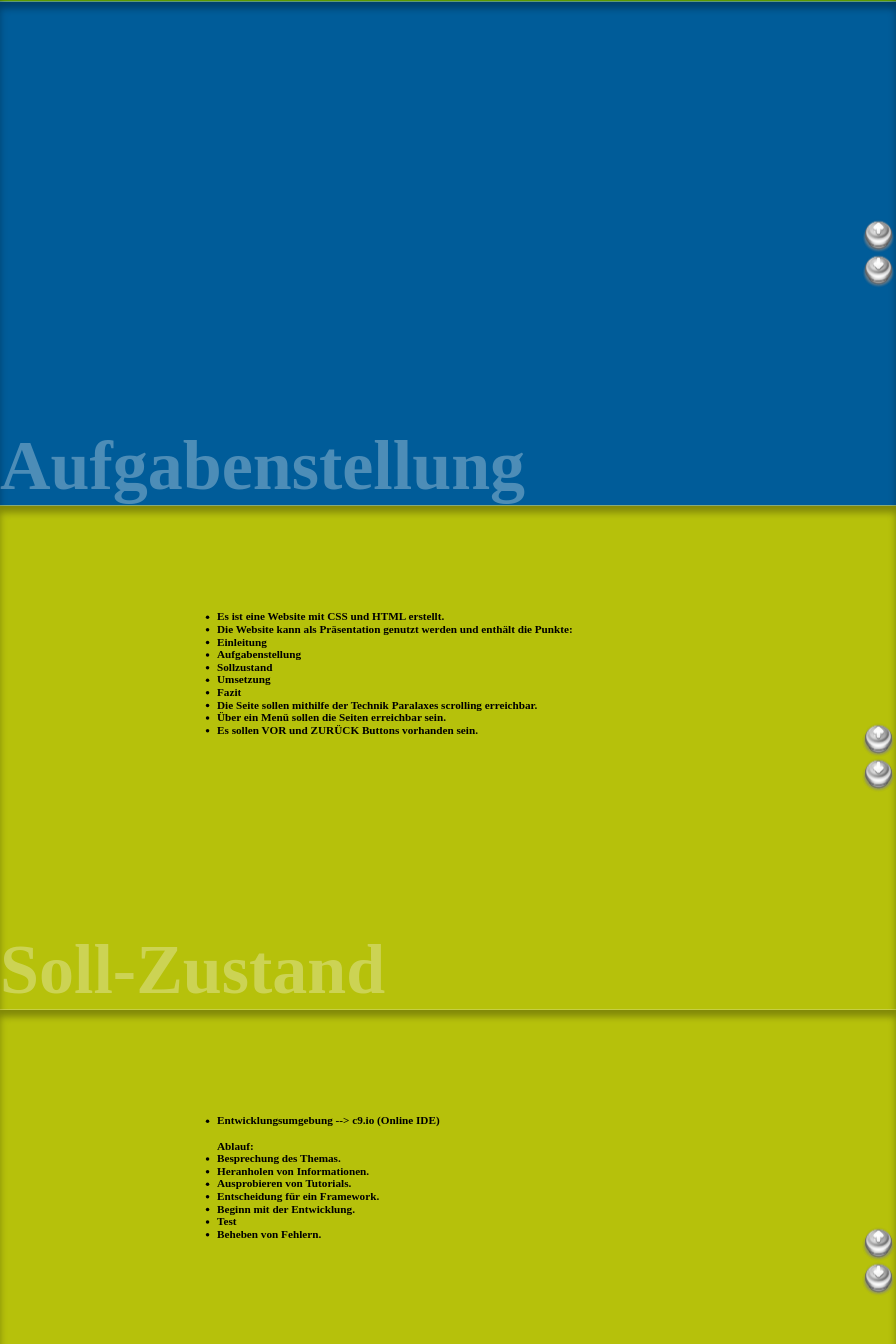
Repository: ennswi/websiteproject
Page: index.html
The author's editor kept a record of every edit. The page is drawn from the files as they stood at one moment, then again after the next edit.
The browser window is 1280 px wide. The pictures show the part of the page from y = 736 to 2656 px (the page is 5058 px tall), at 70% of full size.

Above is the page before.

### index.html
<!DOCTYPE HTML>
<html>
<head>
<meta charset="utf-8">
<title>Create a Parralax Website using Stellar.js</title>

<link rel="stylesheet" type="text/css" href="css/reset-min.css">
<link rel="stylesheet" type="text/css" href="css/style.css">

</head>

<body>
	<!--http://webdesign.tutsplus.com/tutorials/create-a-parallax-scrolling-website-using-stellarjs--webdesign-7307-->
	<ul class="navigation">
		<li data-slide="1">Welcome</li>
		<li data-slide="2">Aufgabenstellung</li>
		<li data-slide="3">Soll-Zustand</li>
		<li data-slide="4">Umsetzung</li>
		<li data-slide="5">Ergebnis</li>
		<li data-slide="6">Fazit</li>
		<li data-slide="7">Quellen</li>
	</ul>


	<img class="logo" src="images/parallax_scrolling_lrg.jpg">

	<>

	<div class="slide" id="slide1" data-slide="1" data-stellar-background-ratio="0.5">
		<div class="wrapper">

			<div class="welcomeMainDiv">
				Präsentation Website Project<br/>
				by Willy Enns und Samuel Teichrib
			</div>

		</div>

		<div class="buttonList">
			<a class="buttondown button" data-slide="2" title="Go to page 2"></a>
			<a class="buttontop button" data-slide="7" title="Go to Last Page"></a>
		</div>
		<span class="slideno">Welcome</span>
	</div><!--End Slide 1-->

	<div class="slide" id="slide2" data-slide="2" data-stellar-background-ratio="0.5">
		<div class="wrapper">
			<img src="images/slide2/blur-ball.png" data-stellar-ratio="3" data-stellar-vertical-offset="-55"alt="">
			<img src="images/slide2/blur-ball-big.png" data-stellar-ratio="1" data-stellar-vertical-offset="-102"alt="">
			<img src="images/slide2/focus-ball.png" data-stellar-ratio="1.5" data-stellar-vertical-offset="-53"alt="">
			<img src="images/slide2/small-ball.png" data-stellar-ratio="2.7" data-stellar-vertical-offset="-25"alt="">
			<img src="images/slide2/blur-ball.png" data-stellar-ratio="3" data-stellar-vertical-offset="-55"alt="">
			<img src="images/slide2/blur-ball-big.png" data-stellar-ratio="1" data-stellar-vertical-offset="-102"alt="">
			<img src="images/slide2/focus-ball.png" data-stellar-ratio="1.5" data-stellar-vertical-offset="-53"alt="">
			<img src="images/slide2/small-ball.png" data-stellar-ratio="2.7" data-stellar-vertical-offset="-25"alt="">
		</div>

		<span class="slideno">Aufgabenstellung</span>
				<div class="buttonList">
			<a class="buttondown button" data-slide="3" title="Go to page 2"></a>
			<a class="buttontop button" data-slide="1" title=""></a>
		</div>

	</div><!--End Slide 2-->


	<div class="slide" id="slide3" data-slide="3" data-stellar-background-ratio="0.5">
		<div class="wrapper">

			<div class="info">
				<ul>
					<li>Es ist eine Website mit CSS und HTML erstellt.</li>
					<li>Die Website kann als Präsentation genutzt werden und enthält die Punkte:<br/>
						<ul>
							<li>Einleitung</li>
							<li>Aufgabenstellung</li>
							<li>Sollzustand</li>
							<li>Umsetzung</li>
							<li>Fazit</li>
						</ul>
					</li>
					<li>Die Seite sollen mithilfe der Technik Paralaxes scrolling erreichbar.</li>
					<li>Über ein Menü sollen die Seiten erreichbar sein.</li>
					<li>Es sollen VOR und ZURÜCK Buttons vorhanden sein.</li>
				</ul>
			</div>

		</div>

		<span class="slideno">Soll-Zustand</span>
		<div class="buttonList">
			<a class="buttondown button" data-slide="4" title="Go to page 2"></a>
			<a class="buttontop button" data-slide="2" title=""></a>
		</div>
	</div><!--End Slide 3-->


	<div class="slide" id="slide4" data-slide="4" data-stellar-background-ratio="0.5">
		<div class="wrapper">

			<img src="images/slide3/freelance.png" data-stellar-ratio="1.4" data-stellar-vertical-offset="-102"alt="">
			<!--<img src="images/slide3/psdtuts.png" data-stellar-ratio="1.5" data-stellar-vertical-offset="-53"alt="">-->
			<img src="images/slide3/rockable.png" data-stellar-ratio="2.7" data-stellar-vertical-offset="-200"alt="">
			<img src="images/slide3/themeforest.png" data-stellar-ratio="3" data-stellar-vertical-offset="-200"alt="">
			<img src="images/slide3/tutshub.png" data-stellar-ratio="1" data-stellar-vertical-offset="-200"alt="">
			<img src="images/slide3/psdtuts.png" data-stellar-ratio="1.5" data-stellar-vertical-offset="-200"alt="">

			<div class="info">
					<ol>
						<li>Entwicklungsumgebung --> c9.io (Online IDE)</li>
					</ol>
					</br>
					<p>Ablauf:</p>
					<ol>
						<li>Besprechung des Themas.</li>
						<li>Heranholen von Informationen.</li>
						<li>Ausprobieren von Tutorials.</li>
						<li>Entscheidung für ein Framework.</li>
						<li>Beginn mit der Entwicklung.</li>
						<li>Test</li>
						<li>Beheben von Fehlern.</li>
					</ol>
			</div>
		</div>
	<span class="slideno">Umsetzung</span>
		<div class="buttonList">
			<a class="buttondown button" data-slide="5" title="Go to page 2"></a>
			<a class="buttontop button" data-slide="3" title=""></a>
		</div>
	</div><!--End Slide 4-->

	<div class="slide" id="slide5" data-slide="5" data-stellar-background-ratio="0.5">
		<div class="wrapper">
			<img src="images/slide3/freelance.png" data-stellar-ratio="1.4" data-stellar-vertical-offset="-102"alt="">
			<!--<img src="images/slide3/psdtuts.png" data-stellar-ratio="1.5" data-stellar-vertical-offset="-53"alt="">-->
			<img src="images/slide3/rockable.png" data-stellar-ratio="2.7" data-stellar-vertical-offset="-200"alt="">
			<img src="images/slide3/themeforest.png" data-stellar-ratio="3" data-stellar-vertical-offset="-200"alt="">
			<img src="images/slide3/tutshub.png" data-stellar-ratio="1" data-stellar-vertical-offset="-200"alt="">
			<img src="images/slide3/psdtuts.png" data-stellar-ratio="1.5" data-stellar-vertical-offset="-200"alt="">

			<div class="info">
				<ol>
					<li>Es ist eine Website mit CSS und HTML erstellt.</li>
					<li>Die Website kann als Präsentation genutzt werden.</li>
					<li>Die Website enhält Paralaxes scrolling.</li>
					<li>Ein Menu ist Vorhanden.</li>
					<li>Navigation über vor und zurück Buttons ist möglich.</li>
				</ol>
				</br>
				<p>Schwierigkeiten:</p>
				<ol>
					<li>Einarbeitung ins Framework.</li>
					<li>Einhaltung von css definitionen innerhalb der HTML-Struktur.</li>
				</ol>
			</div>
		</div>

		<span class="slideno">Ergebnis</span>
		<div class="buttonList">
			<a class="buttondown button" data-slide="6" title="Go to page 2"></a>
			<a class="buttontop button" data-slide="4" title=""></a>
		</div>

	</div><!--End Slide 5-->

	<div class="slide" id="slide6" data-slide="6" data-stellar-background-ratio="0.5">
		<div class="wrapper">
			<img src="images/slide3/freelance.png" data-stellar-ratio="1.4" data-stellar-vertical-offset="-102"alt="">
			<img src="images/slide3/psdtuts.png" data-stellar-ratio="1.5" data-stellar-vertical-offset="-53"alt="">
			<img src="images/slide3/rockable.png" data-stellar-ratio="2.7" data-stellar-vertical-offset="-200"alt="">
			<img src="images/slide3/themeforest.png" data-stellar-ratio="3" data-stellar-vertical-offset="-200"alt="">
			<img src="images/slide3/tutshub.png" data-stellar-ratio="1" data-stellar-vertical-offset="-200"alt="">
			<img src="images/slide3/psdtuts.png" data-stellar-ratio="1.5" data-stellar-vertical-offset="-200"alt="">

			<div class="info">
				Paralaxes scrolling scheint eine gute und vervendbare darstellung von Informationen in Websiten zu sein.

				Allerdings sollte man für Websiten die kein javascript beinhalten, eine Alternative finden.
				Ebenfalls sollte man darauf achten, dass die Informationen auch bei deaktivierten javascript einsehbar sind.
			</div>
		</div>

		<span class="slideno">Fazit</span>
		<div class="buttonList">
			<a class="buttondown button" data-slide="7" title="Go to page 2"></a>
			<a class="buttontop button" data-slide="5" title=""></a>
		</div>
	</div><!--End Slide 6-->

	<div class="slide" id="slide7" data-slide="7" data-stellar-background-ratio="0.5">
		<div class="wrapper">
			<img src="images/slide3/freelance.png" data-stellar-ratio="1.4" data-stellar-vertical-offset="-102"alt="">
			<img src="images/slide3/psdtuts.png" data-stellar-ratio="1.5" data-stellar-vertical-offset="-53"alt="">
			<img src="images/slide3/rockable.png" data-stellar-ratio="2.7" data-stellar-vertical-offset="-200"alt="">
			<img src="images/slide3/tutshub.png" data-stellar-ratio="1" data-stellar-vertical-offset="-200"alt="">
			<img src="images/slide3/psdtuts.png" data-stellar-ratio="1.5" data-stellar-vertical-offset="-200"alt="">
		</div>

		<span class="slideno">Quellen</span>
		<div class="buttonList">
			<a class="buttontop button" data-slide="6" title=""></a>
			<a class="buttondown button" data-slide="1" title="Go to First Page"></a>
		</div>

	</div><!--End Slide 6-->

	<script type="text/javascript" src="js/jquery.js"></script>
	<script type="text/javascript" src="js/jquery.stellar.min.js"></script>
	<script type="text/javascript" src="js/waypoints.min.js"></script>
	<script type="text/javascript" src="js/jquery.easing.1.3.js"></script>
	<script type="text/javascript" src="js/js.js"></script>

</body>
</html>

### css/style.css
@charset "utf-8";
/* CSS Document */

html,body{
    font-family: 'BebasRegular';
	width:100%;
	height:100%;

}

.navigation{
	position:fixed;
	z-index:1;
	top:20px;

}
.navigation li{
	color:#333333;
	display:block;
	padding: 0 10px;
	line-height:30px;
	margin-bottom:2px;
	font-weight:bold;
	-webkit-transition: all .2s ease-in-out;
	border-bottom:1px solid black;
	text-align:left;
	width:53px;

}
.navigation li:hover,.active{
	font-size:25px;
	cursor:pointer;
	width:100px!important;

}

.logo{
    position:fixed;
    width:150px;
    top:50px;
    right:30px;
    z-index:1;
    opacity: 0.5;

    -moz-transform:rotate(30deg); /* Firefox 3.6 Firefox 4 */
    -webkit-transform:rotate(30deg); /* Safari */
    -o-transform:rotate(30deg); /* Opera */
    -ms-transform:rotate(30deg); /* IE9 */
    transform:rotate(30deg); /* W3C */

}

.slide{
	background-attachment: fixed;
	width:100%;
	height:100%;
	position: relative;
	box-shadow:inset 0px 10px 10px rgba(0,0,0,0.3);

}
.wrapper{
	width:960px;
	height:200px;
	margin:0 auto;
	position:relative;

}
.slideno{

	position:absolute;
	bottom:0px;
	left:0px;
	font-size:100px;
	font-weight:bold;
	color:rgba(255,255,255,0.3);

}

.buttonList{

	z-index:99;
	position: absolute;
    top: 50%;
    right: 0px;
	width: 50px;
	height: 100px;
	margin-top: -50px;

}

.buttondown{

	display:block;
	width:50px;
	height:50px;
	position:absolute;
	bottom:0px;
	background-image:url(../images/Button-Grey-Arrow-Down-icon.png);
	background-repeat: no-repeat;
	background-size: 100% auto;

}
.buttondown:hover{

	background-color:#494949;
	cursor:pointer;

}

.buttontop{

	display:block;
	width:50px;
	height:50px;
	position:absolute;
    top:0px;
	background-image:url(../images/Button-Grey-Arrow-Up-icon.png);
		background-repeat: no-repeat;
	background-size: 100% auto;

}
.buttontop:hover{

	background-color:#494949;
	cursor:pointer;

}

.welcomebutton{
	display:block;
	width:100;
	height:50px;
	position:absolute;
	bottom:0px;
	left:50%;
}
.welcomebutton:hover{
	background-color:#494949;
	color:#FFFFFF;
	cursor:pointer;
}

/******************************
 SLIDE 1
*******************************/
#slide1{
    background-color:#5c9900;
}

#slide1 .wrapper{
    height: 100%;
    width: 100%;
}

#slide1 .welcomeMainDiv{
    font-size: 50px;
    font-weight: bold;
    color: #000000;
    position: absolute;
    left: 50%;
    top: 50%;
    margin-left: -400px;
    margin-top: -100px;
    height: 100px;
    width: 800px;
}


/******************************
 SLIDE 2
*******************************/
#slide2{
    background-color:#005c99;

}
#slide2 img:first-child{
    position:absolute;
top: 700px;
left: -150px;
}
#slide2 img:nth-child(2){
    position:absolute;
    top:300px;
    left:100px;
}
#slide2 img:nth-child(3){
    position:absolute;
    top:600px;
    left:300px;
}
#slide2 img:nth-child(4){
    position:absolute;
    top:400px;
    left:300px;
}
#slide2 img:nth-child(5){
    position:absolute;
    top:600px;
    right:300px;
}
#slide2 img:nth-child(6){
    position:absolute;
    top:600px;
    right:300px;
}
#slide2 img:nth-child(7){
    position:absolute;
    top:400px;
    right:100px;
}
#slide2 img:nth-child(8){
    position:absolute;
    top:100px;
    right:300px;
}

/****************************** SLIDE 3 *******************************/
#slide3 {
    background-color:#b6c10b;
}
#slide3 img:first-child {
    position:absolute;
    top: 700px;
    left: 300px;
}
#slide3 img:nth-child(2){
    position:absolute;
    top:100px;
    left:100px;
}
#slide3 img:nth-child(3){
    position:absolute;
    top:150px;
    left:300px;
}
#slide3 img:nth-child(4){
    position:absolute;
    top:450px;
    left:300px;
}
#slide3 img:nth-child(5){
    position:absolute;
    top:200px;
    right:300px;
}
#slide3 img:nth-child(6){
    position:absolute;
    top:100px;
    right:300px;
}


/****************************** SLIDE 4 *******************************/
#slide4 {
    background-color:#b6c10b;
}
#slide4 img:first-child {
    position:absolute;
    top: 700px;
    left: 300px;
}
#slide4 img:nth-child(2){
    position:absolute;
    top:100px;
    left:100px;
}
#slide4 img:nth-child(3){
    position:absolute;
    top:150px;
    left:300px;
}
#slide4 img:nth-child(4){
    position:absolute;
    top:450px;
    left:300px;
}
#slide4 img:nth-child(5){
    position:absolute;
    top:200px;
    right:300px;
}
#slide4 img:nth-child(6){
    position:absolute;
    top:100px;
    right:300px;
}

/****************************** SLIDE 5 *******************************/
#slide5 {
    background-color:#b6c10b;
}
#slide5 img:first-child {
    position:absolute;
    top: 700px;
    left: 300px;
}
#slide5 img:nth-child(2){
    position:absolute;
    top:100px;
    left:100px;
}
#slide5 img:nth-child(3){
    position:absolute;
    top:150px;
    left:300px;
}
#slide5 img:nth-child(4){
    position:absolute;
    top:450px;
    left:300px;
}
#slide5 img:nth-child(5){
    position:absolute;
    top:200px;
    right:300px;
}
#slide5 img:nth-child(6){
    position:absolute;
    top:100px;
    right:300px;
}

/****************************** SLIDE 6 *******************************/
#slide6 {
    background-color:#b6c10b;
}
#slide6 img:first-child {
    position:absolute;
    top: 700px;
    left: 300px;
}
#slide6 img:nth-child(2){
    position:absolute;
    top:100px;
    left:100px;
}
#slide6 img:nth-child(3){
    position:absolute;
    top:150px;
    left:300px;
}
#slide6img:nth-child(4){
    position:absolute;
    top:450px;
    left:300px;
}
#slide6 img:nth-child(5){
    position:absolute;
    top:200px;
    right:300px;
}
#slide6 img:nth-child(6){
    position:absolute;
    top:100px;
    right:300px;
}


/****************************** SLIDE 7 *******************************/
#slide7 {
    background-color:#b6c10b;
}
#slide7 img:first-child {
    position:absolute;
    top: 700px;
    left: 300px;
}
#slide7 img:nth-child(2){
    position:absolute;
    top:100px;
    left:100px;
}
#slide7 img:nth-child(3){
    position:absolute;
    top:150px;
    left:300px;
}
#slide7img:nth-child(4){
    position:absolute;
    top:450px;
    left:300px;
}
#slide7 img:nth-child(5){
    position:absolute;
    top:200px;
    right:300px;
}
#slide7 img:nth-child(6){
    position:absolute;
    top:100px;
    right:300px;
}

.info{
   padding-left:150px;
   padding-top:150px;
   font-weight:bold;
}

.info li{
    list-style:outside;
}

### js/js.js
jQuery(document).ready(function ($) {

    //initialise Stellar.js
    $(window).stellar();

    //Cache some variables
    var links = $('.navigation').find('li');
    var slide = $('.slide');
    var button = $('.button');
    var mywindow = $(window);
    var htmlbody = $('html,body');


    //Setup waypoints plugin
    slide.waypoint(function (event, direction) {

        //cache the variable of the data-slide attribute associated with each slide
        var dataslide = $(this).attr('data-slide');

        //If the user scrolls up change the navigation link that has the same data-slide attribute as the slide to active and
        //remove the active class from the previous navigation link
        if (event === 'down') {
            $('.navigation li[data-slide="' + dataslide + '"]').addClass('active').prev().removeClass('active');
        }
        // else If the user scrolls down change the navigation link that has the same data-slide attribute as the slide to active and
        //remove the active class from the next navigation link
        else {
            $('.navigation li[data-slide="' + dataslide + '"]').addClass('active').next().removeClass('active');
        }

    });

    //waypoints doesnt detect the first slide when user scrolls back up to the top so we add this little bit of code, that removes the class
    //from navigation link slide 2 and adds it to navigation link slide 1.
    mywindow.scroll(function () {
        if (mywindow.scrollTop() === 0) {
            $('.navigation li[data-slide="1"]').addClass('active');
            $('.navigation li[data-slide="2"]').removeClass('active');
        }
    });

    //Create a function that will be passed a slide number and then will scroll to that slide using jquerys animate. The Jquery
    //easing plugin is also used, so we passed in the easing method of 'easeInOutQuint' which is available throught the plugin.
    function goToByScroll(dataslide) {
        htmlbody.animate({
            scrollTop: $('.slide[data-slide="' + dataslide + '"]').offset().top
        }, 2000, 'easeInOutQuint');
    }



    //When the user clicks on the navigation links, get the data-slide attribute value of the link and pass that variable to the goToByScroll function
    links.click(function (e) {
        e.preventDefault();
        var dataslide = $(this).attr('data-slide');
        goToByScroll(dataslide);
        $('.navigation li').each(function(){
            $(this).removeClass('active');
        });
        $('.navigation li[data-slide="'+dataslide+'"]').addClass('active');
    });

    //When the user clicks on the button, get the get the data-slide attribute value of the button and pass that variable to the goToByScroll function
    button.click(function (e) {
        e.preventDefault();
        var dataslide = $(this).attr('data-slide');
        goToByScroll(dataslide);
        $('.navigation li').each(function(){
            $(this).removeClass('active');
        });
        $('.navigation li[data-slide="'+dataslide+'"]').addClass('active');

    });
});

Loaded but not shown: css/reset-min.css (common file); js/jquery.js (library); js/jquery.stellar.min.js (library); js/waypoints.min.js (library); js/jquery.easing.1.3.js (library)

After the next edit:
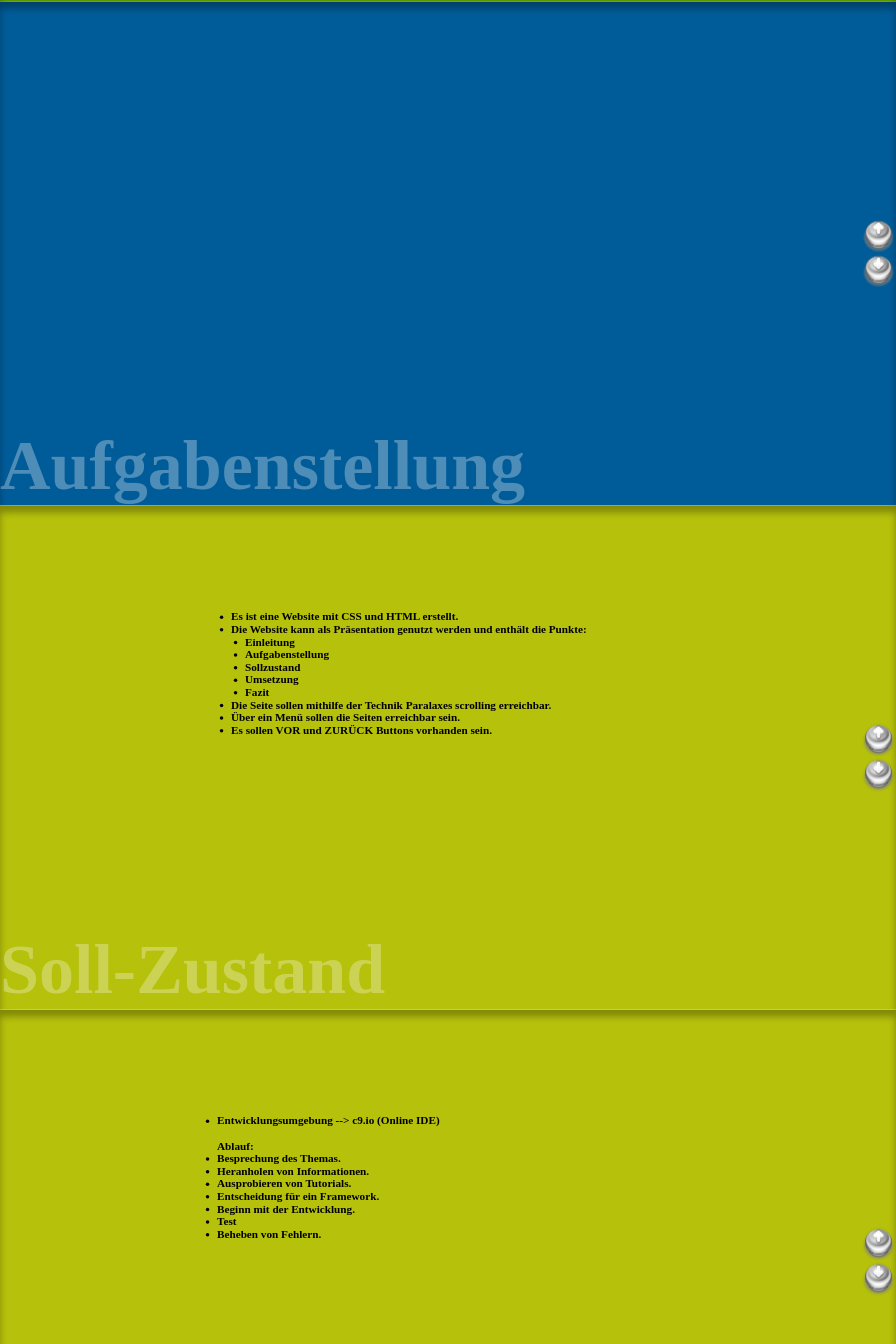
The edit:
--- a/css/style.css
+++ b/css/style.css
@@ -400,3 +400,7 @@
 .info li{
     list-style:outside;
 }
+
+.info ul{
+    padding-left:20px;
+}
